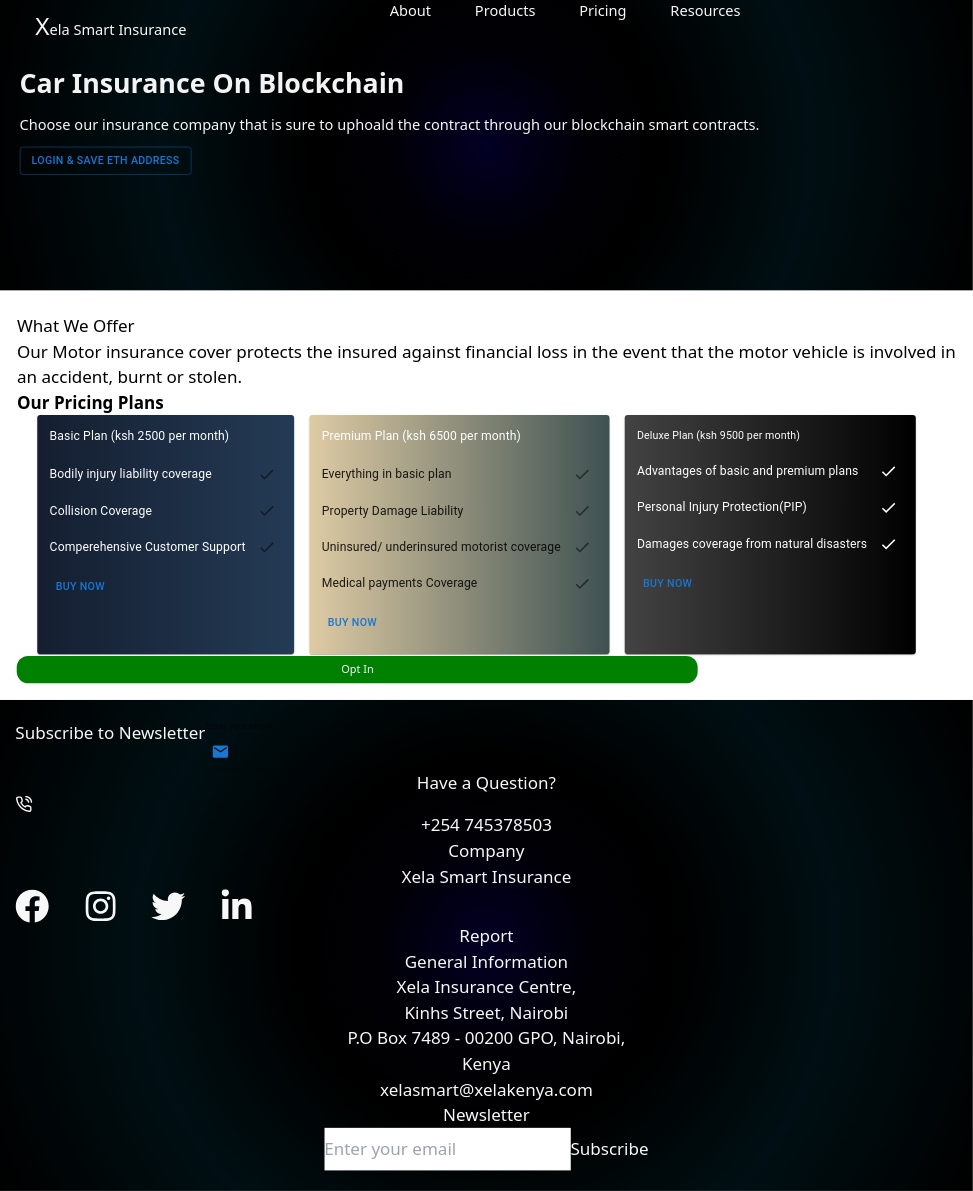
Repository: ALVIN-OBONYO/Xela-smart_insuarance
Page: / (app in frontend/)
The author's editor kept a copy of each file at every save. The page is drawn from the files as they stood at one save, then again after the next save.
The browser window is 1280 px wide. The pictures show the whole page, at 76% of full size.
The project was rebuilt for these pictures with package versions that can differ from the ones it lists, and the page was loaded fresh each time. Also part of the build but not shown: frontend/src/Pages/Policies.jsx, frontend/src/Components/Calendar.css, frontend/src/Components/Calendar.jsx, frontend/src/Components/Input.js, frontend/src/Components/Upload.js, frontend/src/Pages/ReportForm.jsx, frontend/src/Pages/Report.jsx, frontend/src/Pages/ReportInfo.jsx and 1 more.

Above is the page before, as saved 2022-10-04 07:54:19.

### frontend/public/index.html
<!DOCTYPE html>
<html lang="en">
  <head>
    <meta charset="utf-8" />
    <link rel="icon" href="%PUBLIC_URL%/favicon.ico" />
    <meta name="viewport" content="width=device-width, initial-scale=1" />
    <meta name="theme-color" content="#000000" />
    <meta
      name="description"
      content="Web site created using create-react-app"
    />
    <link rel="apple-touch-icon" href="%PUBLIC_URL%/logo192.png" />
    <!--
      manifest.json provides metadata used when your web app is installed on a
      user's mobile device or desktop. See https://developers.google.com/web/fundamentals/web-app-manifest/
    -->
    <link rel="manifest" href="%PUBLIC_URL%/manifest.json" />
    <!--
      Notice the use of %PUBLIC_URL% in the tags above.
      It will be replaced with the URL of the `public` folder during the build.
      Only files inside the `public` folder can be referenced from the HTML.

      Unlike "/favicon.ico" or "favicon.ico", "%PUBLIC_URL%/favicon.ico" will
      work correctly both with client-side routing and a non-root public URL.
      Learn how to configure a non-root public URL by running `npm run build`.
    -->
    <title>React App</title>
  </head>
  <body>
    <noscript>You need to enable JavaScript to run this app.</noscript>
    <link
    href="https://unpkg.com/tailwindcss@^1.0/dist/tailwind.min.css"
    rel="stylesheet"
  />
  <script
    src="https://cdnjs.cloudflare.com/ajax/libs/web3/1.6.1/web3.min.js"
    integrity="sha512-5erpERW8MxcHDF7Xea9eBQPiRtxbse70pFcaHJuOhdEBQeAxGQjUwgJbuBDWve+xP/u5IoJbKjyJk50qCnMD7A=="
    crossorigin="anonymous"
    referrerpolicy="no-referrer"
  ></script>
    <div id="root"></div>
    <!--
      This HTML file is a template.
      If you open it directly in the browser, you will see an empty page.

      You can add webfonts, meta tags, or analytics to this file.
      The build step will place the bundled scripts into the <body> tag.

      To begin the development, run `npm start` or `yarn start`.
      To create a production bundle, use `npm run build` or `yarn build`.
    -->
  </body>
</html>

### frontend/src/index.js
import React from 'react';
import ReactDOM from 'react-dom/client';
import './index.css';
import App from './App';
import reportWebVitals from './reportWebVitals';
import { BrowserRouter } from 'react-router-dom';
const root = ReactDOM.createRoot(document.getElementById('root'));
root.render(
  <React.StrictMode>
     <BrowserRouter>
       <App />
    </BrowserRouter>
  </React.StrictMode>
);

// If you want to start measuring performance in your app, pass a function
// to log results (for example: reportWebVitals(console.log))
// or send to an analytics endpoint. Learn more: https://bit.ly/CRA-vitals
reportWebVitals();

### frontend/src/App.jsx
import './App.css';
import RoutePages from './Components/RoutePages';

function App() {
  return (
    <div className="App">
      <RoutePages/>
    </div>
  );
}

export default App;

### frontend/src/Components/RoutePages.jsx
import React from 'react'
import { Routes, Route} from 'react-router-dom'
import EntryPage from '../Pages/Entrypage'
import PolicyMaker from '../Pages/Policies'
import ReportForm from '../Pages/ReportForm'
import Report from '../Pages/Report'
import ReportInfo from '../Pages/ReportInfo'
import FormPagination from './FormPagination'
const RoutePages = () => {
    return (


   <Routes>

    <Route exact path="/" element={<EntryPage />} />
    <Route path="policy" element={<PolicyMaker />} />

    <Route path="report/2" element={<ReportForm/> } />
    <Route path="report/1" element={<ReportInfo />} />
    <Route path="report/*" element={<FormPagination />} />

   </Routes>


    )
}

export default RoutePages

### frontend/src/Pages/Entrypage.jsx
import React, {useState, useRef} from 'react'
import "../Components/Navbar.css"
import { FaTimes, FaBars, FaInstagram, FaTwitter, FaLinkedinIn, FaFacebook, } from 'react-icons/fa'
import {FiPhoneCall} from 'react-icons/fi'
import { Link} from 'react-router-dom'
import { loginWithEth } from '../Services/LoginWithEth'
import { truncateAddress } from '../Services/TruncateAddress'
import Web3 from 'web3'
import { getContractSymbol } from '../Services/Contract'
import TextField from '@mui/material/TextField'
import Button from "@mui/material/Button"
import FormGroup from "@mui/material/FormGroup"
import PlanCard from "../Components/Cards"
import EmailIcon from "@mui/icons-material/Email"
import { IconButton, InputAdornment } from '@mui/material'
const Entrypage = () => {
        const [navButton, setNavButton] = useState(false)
        const [policy, setPolicy] = useState("")
        const switchNavState = () => setNavButton(!navButton)
        const buttonLogout = useRef(null)
        const yourAddress = useRef()
        window.userAddress = null



        window.onload = async () => {
            if (window.ethereum) {
                window.web3 = new Web3(window.ethereum)
            } else {
                alert("No ETH browser extension detected.")
            }
        }

        function showAddress() {
          if (!window.userAddress) {
            yourAddress.current.innerText = ""
            buttonLogout.current.classList.add("hidden")
             return false
        }

        yourAddress.innerText = `ETH Address: ${truncateAddress(window.userAddress)}`
        buttonLogout.classList.remove("hidden")
    }

         function logout() {
            window.userAddress = null
            window.localStorage.removeItem(buttonLogout)
            showAddress()
}

    return (
        <>
        <header>
        <nav id="my-nav">
        <h1 className='brand'><span className='X'>X</span>ela Smart Insurance</h1>
        <div className='toogleNav' onClick={switchNavState} >{navButton ?
        <div id="bars">

            <FaBars size="2.5em"/>
            </div> :
            <div className = "navflex">
            <div id="times">
                <FaTimes />
                </div>
            <h4>About</h4>
            <h4>Products</h4>
            <h4>Pricing</h4>
            <h4>Resources</h4>
            </div>

}
        </div>
        <div className='nav-section'>
            <h4>About</h4>
            <h4>Products</h4>
            <h4>Pricing</h4>
            <h4>Resources</h4>
        </div>
        </nav>
        <section className="top-descr" id='top'>
            <h1 id="top-h3">Car Insurance On Blockchain</h1>
            <p id="top-pg">Choose our insurance company that is sure to uphoald the contract through our blockchain smart contracts.</p>
            <div id="policy-sec">
                {/* <FormGroup row >
               <TextField
                variant="outlined"
                placeholder='Enter your policy number'
                sx={{
                    borderRadius: 0,
                    padding: 0
                }}
                />
                <Button variant="contained" sx={{
                    borderRadius: 0,
                    padding: "6px"
                }}>Verify</Button>
                    </FormGroup> */}

            <Button variant="outlined" onClick={loginWithEth}>Login & Save ETH Address
                </Button>
                <p id="userAddress" className="text-gray-600" ref={yourAddress}></p>
                <button id="logoutButton" onClick={logout} className="hidden text-blue-500 underline" ref={buttonLogout}>Logout</button>
                           </div>
        </section>
        </header>
        <div className='about-descr' id="descr">
            <h2>What We Offer</h2>
            <p>
            Our Motor insurance cover protects the insured against financial loss in the event that the motor vehicle is involved in an accident, burnt or stolen.</p>

            <p>


<b>Our Pricing Plans</b>
</p>
<PlanCard />
            <Link to="/policy"><button id="buy-policy" onClick={getContractSymbol}>Opt In</button></Link>
        </div>
        <div id="land-footer">
            <div className="news-mail">
                <h2>Subscribe to Newsletter</h2>

                     <TextField
                       variant="standard"
                       label="Enter your email"
                       sx={{
                        color: "whitesmoke"
                       }}
                       id='input-with-icon-textfield'
                       InputProps={{
                        startAdornment: (
                            <InputAdornment position="start">
                                <IconButton edge="end" color='primary'>
                                    <EmailIcon />
                                </IconButton>
                            </InputAdornment>
                        )
                       }}

                       />

            </div>
            <div>
            <h2>Have a Question?</h2>
             <h3><FiPhoneCall /> <span>+254 745378503</span></h3>
             <h2>Company</h2>
             <h3>Xela Smart Insurance</h3>
             <div id="social-icons">
               <FaFacebook size="2em"/>
               <FaInstagram size="2em"/>
               <FaTwitter size="2em"/>
               <FaLinkedinIn size="2em"/>
             </div>
             <div>
                <Link to="/report/1">Report</Link>
                <h2>General Information</h2>
                <h4>Xela Insurance Centre,</h4>
                <h4>Kinhs Street, Nairobi</h4>
                <h4>P.O Box 7489 - 00200 GPO, Nairobi,</h4>
                <h4>Kenya</h4>
                <h4>xelasmart@xelakenya.com</h4>
                <h2>Newsletter</h2>
                <input type="text" placeholder="Enter your email" />
                <button>Subscribe</button>
             </div>
            </div>
        </div>
        </>
    )
}

export default Entrypage

### frontend/src/Components/Navbar.css
nav {
    width: 100vw;
    display: flex;
    justify-content: flex-start;
    align-items: flex-start;
}

.brand {
    flex-grow: 1;
    text-align: start;
    padding-left: 2.9rem;
    margin-top: 0.6rem;
    font-size: 1.2rem;
}

.X {
    font-size: 2rem;

}
.nav-section {
    display: flex;
    flex-grow: 1;
    gap: 3em;
    font-size: 1.2rem;
    padding-right: 2em;
    justify-content: flex-start;
    align-items: center;
}
.top-descr  {
    margin-top: 0;
    padding: 1em;
    text-align: justify;
    font-size: 1.6rem;
    height: 45vh;

}


#descr {
    margin-top: 0.5rem;
    padding: 1em;
    text-align: justify;
    font-size: 1.4rem;

}

#top > h1 {
    font-size: 2.2rem;
    font-weight: 700;
    color: rgba(255, 255, 255, 0.952);
    margin-bottom: 0.4em;

}
header {
    background: rgb(2,0,36);
background: radial-gradient(circle, rgba(2,0,36,1) 0%, rgba(1,0,5,1) 20%, rgba(0,0,0,1) 35%, rgba(0,15,19,1) 64%, rgba(0,0,0,1) 100%);
    color: rgb(248, 248, 248);
}


#top-pg {

    font-size: 1.2rem;
    margin-bottom: 0.9rem;
}
#policy-sec {
    display: flex;
    gap: 0.8em;

}
input[type=text] {
    flex-grow: 1;
    height: 2.5em;
}
#btn-policy {
    background-color: rgb(0, 39, 90);
    flex-grow: 1;
    color: wheat;
    border: none;
    margin-top: 0.8em;
    border-radius: 5px;
    padding: 0.6rem;
    font-size: 1.4rem;
    font-weight: 500;

}
#buy-policy {
    width: 70vw;
    height: 2.5em;
    border: none;
    background-color: #008000;
    color:aliceblue;
    font-size: 0.9rem;
    border-radius: 15px;
}
#social-icons {
    display: flex;
    gap: 2em;
}
#land-footer {
    background: rgb(2,0,36);
    background: radial-gradient(circle, rgba(2,0,36,1) 0%, rgba(1,0,5,1) 20%, rgba(0,0,0,1) 35%, rgba(0,15,19,1) 64%, rgba(0,0,0,1) 100%);
    color: rgb(248, 248, 248);
    position: relative;
    padding: 1.2em  0.9em;
    font-size: 1.4rem;
}

.news-mail {
    display: flex;
}
.navflex {
    display: flex;
    flex-direction: column;
    justify-content: center;
    align-items: center;
    gap: 2em;
    background-color: rgba(19, 20, 27, 0.918);
    color: white;
    width: 100vw;
    height: 100vh;
    right: 0;
    top: 0;
    position: absolute;
    text-transform: uppercase;
    /* animation-name: ${navanim}; */
}
@media screen and (max-width: 600px){
   .nav-section {

      display: none;
   }


}

@media screen and (min-width: 600px){
    .toogleNav {
        display: none;
        padding: 1.3em;
    }
}

### frontend/src/Services/LoginWithEth.js
import { showAddress } from "./showAddress";
export async function loginWithEth() {
    if (window.web3) {
        try {
            const selectedAccount = await window.ethereum.request({
                method: "eth_requestAccounts"
            })
            .then((accounts) => accounts[0])
            .catch(() => {
                throw Error("No account selected!")
            })

          window.userAddress = selectedAccount;
          window.localStorage.setItem("userAddress", selectedAccount);
        //   showAddress()
        }
        catch (error) {
            console.error(error)
        }
    } else {
        alert("No ETH browser extension detected.");
    }
}

### frontend/src/Services/TruncateAddress.js
export function truncateAddress(address) {
    if (!address) {
        return "";
    }
    return `${address.substr(0, 5)}...${address.substr(
        address.length - 5,
        address.length
      )}`;
}

### frontend/src/Services/Contract.js
window.ABI = require('./contract-abi.json')
export async function getContractSymbol() {
    const CONTRACT_ADDRESS = "0x1A5b30a61CED9B4D9c209E7F1d2fbD38657f8EB1"

    const contract = new window.web3.eth.Contract(
        window.ABI,
        CONTRACT_ADDRESS
    )

    const symbol = await contract.methods.symbol().call({
        from: window.userAddress    })

    alert(`Contract ${CONTRACT_ADDRESS} Symbol: ${symbol}`);
}

### frontend/src/Components/Cards.jsx
import * as React from 'react'
import Box from '@mui/material/Box'
import Card from '@mui/material/Card'
import CardActions from '@mui/material/CardActions'
import CardContent from '@mui/material/CardContent'
import Button from '@mui/material/Button'
import Typography from '@mui/material/Typography'
import {MdDone} from 'react-icons/md'
import List from '@mui/material/List'
import ListItem from '@mui/material/ListItem'
import ListItemText from '@mui/material/ListItemText'
import  IconButton  from '@mui/material/IconButton'

const planValues = [
    {id: 1, text: "Bodily injury liability coverage"},
    {id: 2, text: "Collision Coverage"},
    {id: 3, text: "Comperehensive Customer Support"}

]

const premium = [
    {id: 1, text: "Everything in basic plan"},
    {id: 2, text: "Property Damage Liability"},
    {id: 3, text: "Uninsured/ underinsured motorist coverage"},
    {id: 3, text: "Medical payments Coverage"},
]

const deluxe = [
    {id: 1, text: "Advantages of basic and premium plans"},
    {id: 2, text: "Personal Injury Protection(PIP)"},
    {id: 3, text: "Damages coverage from natural disasters"},

]
const PlanCard = () => {
    return (
        <Box sx={{ display: "flex", mx: "1.2em", flexDirection: "row", flexWrap: "wrap", gap: "0.9em"}}>
        <Card sx={{background: 'linear-gradient(to right, #141e30, #243b55)', color: 'white'}}>
        <CardContent>
            <Typography sx={{ fontSize: 16}} color="text.primary             " gutterBottom>
                Basic Plan   (ksh 2500 per month)
            </Typography>
            <List sx={{ width: '100%'}}>
                {planValues.map((elem)=> (
                <ListItem key={elem.id} disableGutters secondaryAction={
                    <IconButton>
                        <MdDone />
                    </IconButton>
                }>
                <ListItemText primary={elem.text} />
                </ListItem>
                ))}
            </List>
            <Button>Buy Now</Button>
        </CardContent>
        </Card>
        <Card sx={{background: "linear-gradient(to right, #DECBA4, #3E5151)"}}>
        <CardContent>
            <Typography sx={{ fontSize: 16}} color="white" gutterBottom>
                Premium Plan   (ksh 6500 per month)
            </Typography>
            <List sx={{ width: '100%'}}>
                {premium.map((elem)=> (
                <ListItem key={elem.id} disableGutters secondaryAction={
                    <IconButton>
                        <MdDone />
                    </IconButton>
                }>
                <ListItemText primary={elem.text} />
                </ListItem>
                ))}
            </List>
            <Button>Buy Now</Button>
        </CardContent>
        </Card>
        <Card sx={{background: "linear-gradient(to right, #434343 0%, black 100%)", color: "white"}}>
        <CardContent>
            <Typography sx={{ fontSize: 14}} color="white" gutterBottom>
                Deluxe Plan   (ksh 9500 per month)
            </Typography>
            <List sx={{ width: '100%'}}>
                {deluxe.map((elem)=> (
                <ListItem key={elem.id} disableGutters secondaryAction={
                    <IconButton>
                        <MdDone color="white"/>
                    </IconButton>
                }>
                <ListItemText primary={elem.text} />
                </ListItem>
                ))}
            </List>
            <Button>Buy Now</Button>
        </CardContent>
        </Card>
        </Box>
    )
}

export default PlanCard

### frontend/src/Components/Upload.css
.ImageContainer {
    width: 15em;
        height: 15em;
        background-color: #313131f3;


        display: flex;
        flex-direction: column;
        justify-content: center;
        align-items:center;
        position: relative;
}

input[type=file] {
    display: none
}

label {
    cursor: pointer;
    position: absolute;
    bottom: 0;
    left: 0;
}

.Image {
    width: 100%;
    height: 100%;
}

Loaded but not shown: frontend/src/index.css (common file); frontend/src/reportWebVitals.js (common file); frontend/src/App.css (common file); frontend/src/Services/contract-abi.json (501 lines, source omitted); frontend/src/Services/showAddress.js (no stored copy; drawn as an empty file)

After the next save:
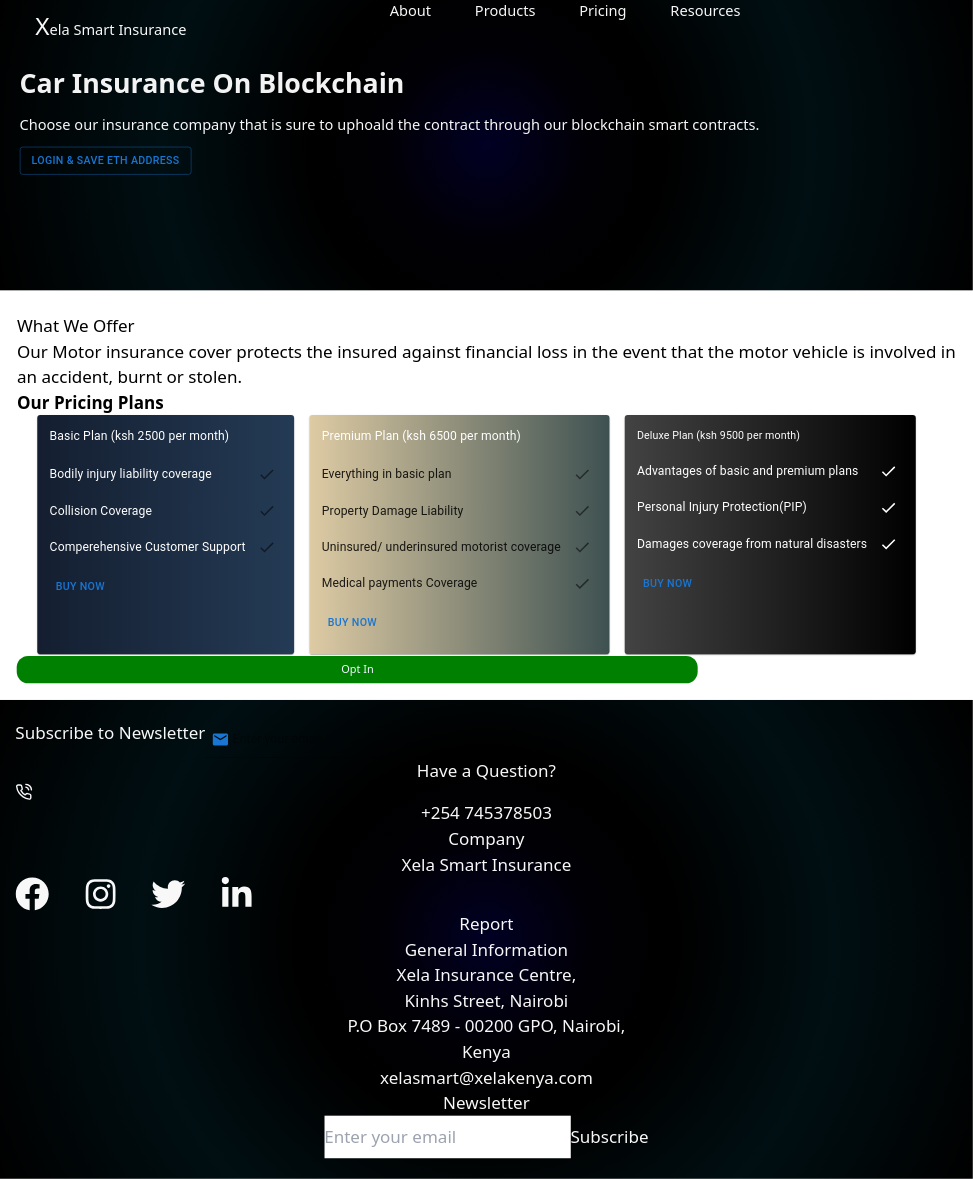
Saved 62 s later.
--- a/frontend/src/Pages/Entrypage.jsx
+++ b/frontend/src/Pages/Entrypage.jsx
@@ -122,7 +122,7 @@ const Entrypage = () => {
 
                      <TextField
                        variant="standard"
-                       label="Enter your email"
+                       placeholder="Enter your email"
                        sx={{
                         color: "whitesmoke"
                        }}
